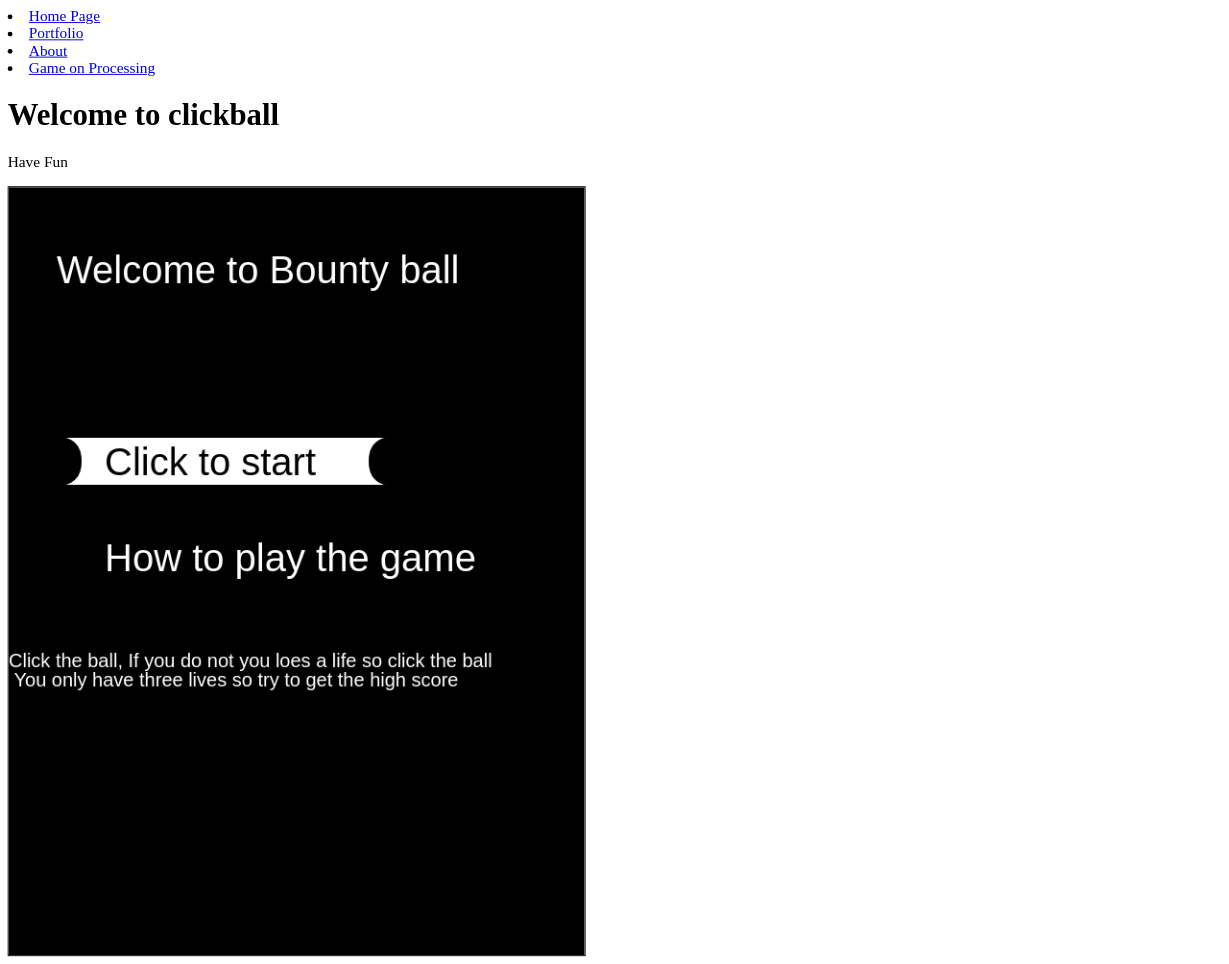
Repository: bluesyrupshed/bluesyrupshed.github.io
Page: clickball.html
The author's editor kept a record of every edit. The page is drawn from the files as they stood at one moment, then again after the next edit.
The browser window is 1280 px wide. The pictures show the whole page, at 96% of full size.

Above is the page before.

After the next edit:
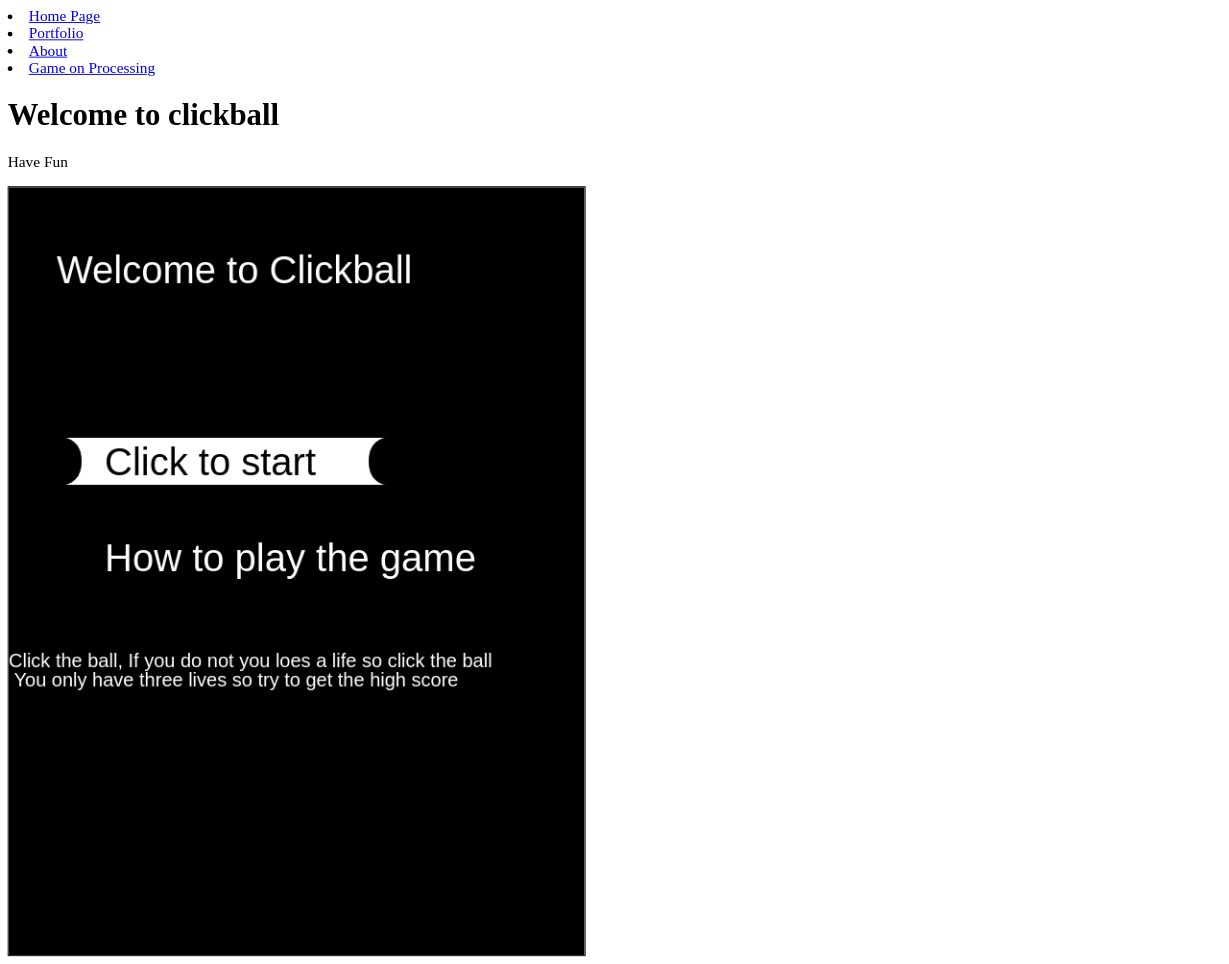
The edit:
--- a/clickball.html
+++ b/clickball.html
@@ -83,7 +83,7 @@
 void startScreen(){
   textSize(40);
   fill(255);
-  text("Welcome to Bounty ball ",50,100);
+  text("Welcome to Clickball ", 50, 100);
     if(mouseX >75 && mouseX < 375 && mouseY < 310 && mouseY > 260){
     fill(66, 245, 239);
     if(mousePressed){
